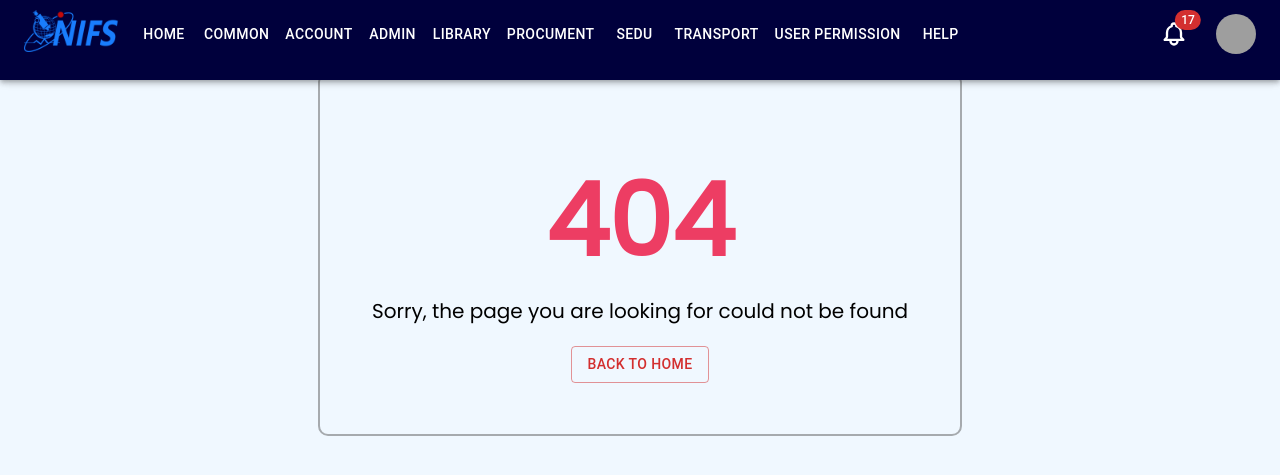
Repository: virangaj/NIFS-WebApp
Page: /error-404 (app in client/)
These files come from the project's save history. The page is drawn as it stood at one moment and after the next save; the edit follows.
The browser window is 1280 px wide. The pictures show the whole page.
Pictures or frames that could not be fetched are drawn as grey boxes. The project was rebuilt for these pictures with package versions that can differ from the ones it lists, and the page was loaded fresh each time. Also part of the build but not shown: client/src/pages/Login.tsx, client/src/pages/Home.tsx, client/src/components/Transport/shared/TransportNavbar.js, client/src/pages/TransportMainPage.tsx, client/src/pages/CommonMainPage.tsx, client/src/pages/AccountMainPage.tsx, client/src/pages/AdminMainPage.tsx, client/src/pages/LibraryMainPage.js and 16 more.

Above is the page before, as saved 2022-07-27 20:51:11.

After the next save:
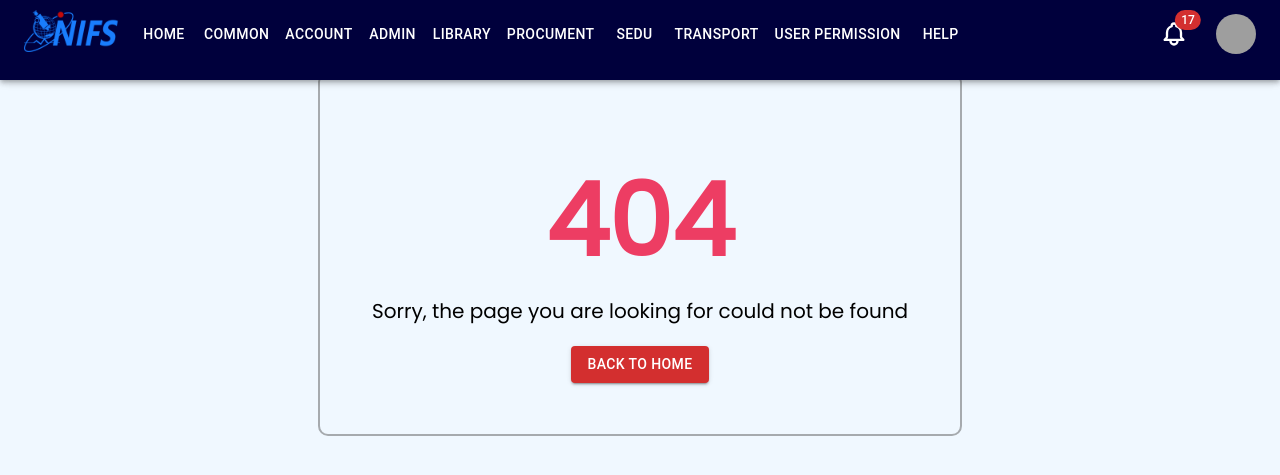
Saved 11 s later.
--- a/client/src/pages/ErrorPage.tsx
+++ b/client/src/pages/ErrorPage.tsx
@@ -11,7 +11,7 @@ function ErrorPage() {
                     <h1>404</h1>
                     <p>Sorry, the page you are looking for could not be found</p>
                     <Link to='/'>
-                        <Button variant="outlined" color='error'>Back to home</Button>
+                        <Button variant="contained" color='error'>Back to home</Button>
                     </Link>
 
                 </div>
